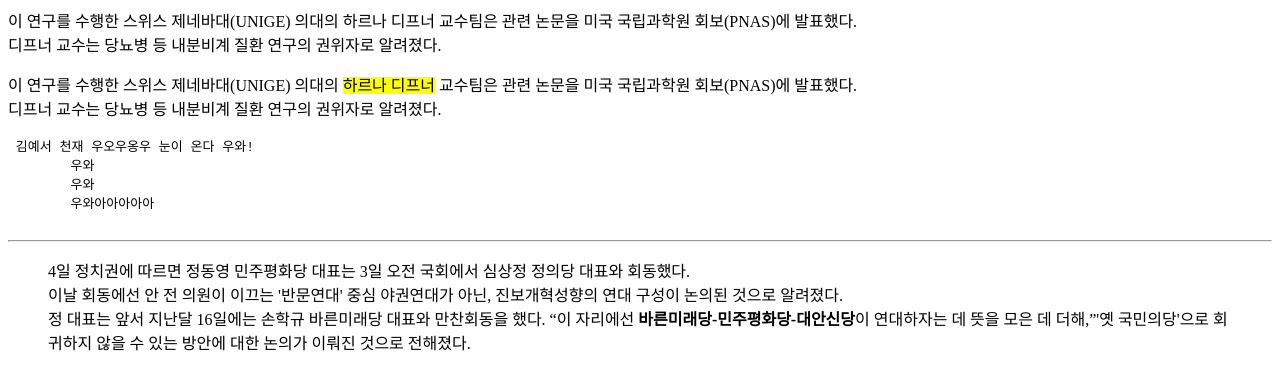
Repository: Rummikub/DBStudy
Page: HTMLProject2/WebContent/HTML/EXAM2.html
An editor plug-in stored every save of this project. The page is shown before and after the next save, followed by the edit.
The browser window is 1280 px wide. The pictures show the whole page.

Above is the page before, as saved 2020-02-04 06:48:16.

### HTMLProject2/WebContent/HTML/EXAM2.html
<!DOCTYPE html PUBLIC "-//W3C//DTD HTML 4.01 Transitional//EN" "http://www.w3.org/TR/html4/loose.dtd">
<!--
	p, br, pre, hr
	=> HTML 한줄 문자열
	strong : 강조체
	b: bold체
	i: 이태릭체 =em
	q: "" 따옴표

 -->
<html>
<head>
<meta http-equiv="Content-Type" content="text/html; charset=UTF-8">
<title>Insert title here</title>
</head>
<body>
    이 연구를 수행한 스위스 제네바대(UNIGE) 의대의 하르나 디프너 교수팀은 관련 논문을 미국 국립과학원 회보(PNAS)에 발표했다. <br>
    디프너 교수는 당뇨병 등 내분비계 질환 연구의 권위자로 알려졌다.
    <p> 이 연구를 수행한 스위스 제네바대(UNIGE) 의대의  <mark>하르나 디프너</mark> 교수팀은 관련 논문을 미국 국립과학원 회보(PNAS)에 발표했다.<br>
    디프너 교수는 당뇨병 등 내분비계 질환 연구의 권위자로 알려졌다.

  <pre> 김예서 천재 우오우옹우 눈이 온다 우와!
  	우와
  	우와
  	우와아아아아아
  </pre>
  <hr>
  <blockquote>4일 정치권에 따르면 정동영 민주평화당 대표는 3일 오전 국회에서 심상정 정의당 대표와 회동했다. <br>
  이날 회동에선 안 전 의원이 이끄는 '반문연대' 중심 야권연대가 아닌, 진보개혁성향의 연대 구성이 논의된 것으로 알려졌다. <br>
  정 대표는 앞서 지난달 16일에는 손학규 바른미래당 대표와 만찬회동을 했다. <q>이 자리에선 <strong>바른미래당-민주평화당-대안신당</strong>이 연대하자는 데 뜻을 모은 데 더해,</q>'옛 국민의당'으로 회귀하지 않을 수 있는 방안에 대한 논의가 이뤄진 것으로 전해졌다.
  </blockquote>
</body>
</html>

After the next save:
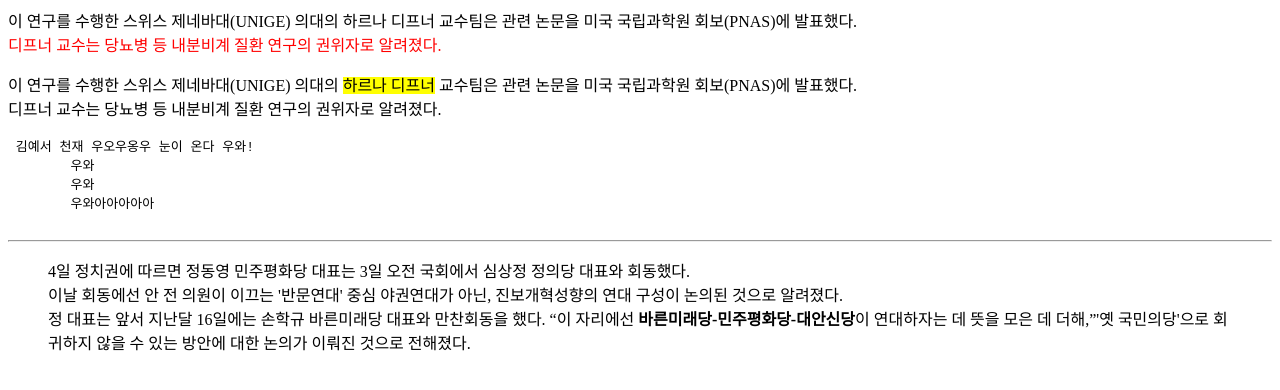
Saved 79 s later.
--- a/HTMLProject2/WebContent/HTML/EXAM2.html
+++ b/HTMLProject2/WebContent/HTML/EXAM2.html
@@ -6,7 +6,7 @@
 	b: bold체
 	i: 이태릭체 =em
 	q: "" 따옴표
-
+	span: 스타일 지정 태그
  -->
 <html>
 <head>
@@ -15,7 +15,7 @@
 </head>
 <body>
     이 연구를 수행한 스위스 제네바대(UNIGE) 의대의 하르나 디프너 교수팀은 관련 논문을 미국 국립과학원 회보(PNAS)에 발표했다. <br>
-    디프너 교수는 당뇨병 등 내분비계 질환 연구의 권위자로 알려졌다.
+   <span style="color:red"> 디프너 교수는 당뇨병 등 내분비계 질환 연구의 권위자로 알려졌다.</span>
     <p> 이 연구를 수행한 스위스 제네바대(UNIGE) 의대의  <mark>하르나 디프너</mark> 교수팀은 관련 논문을 미국 국립과학원 회보(PNAS)에 발표했다.<br>
     디프너 교수는 당뇨병 등 내분비계 질환 연구의 권위자로 알려졌다.
 
